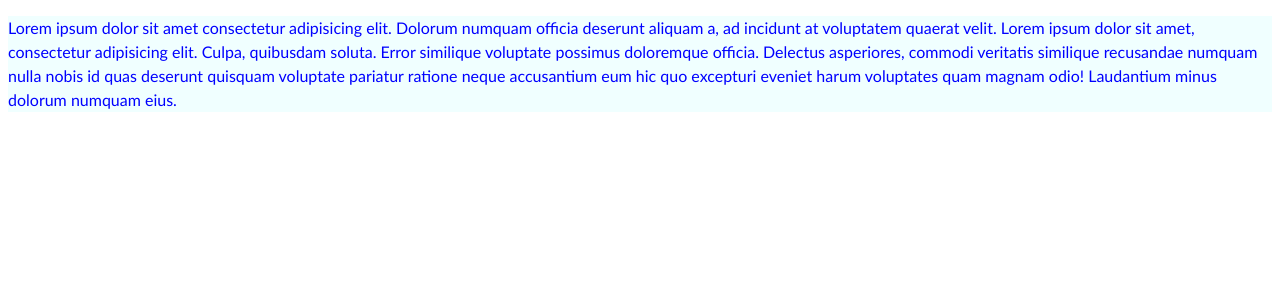
Repository: shazib2023/wtwdt-8
Page: index.html
An editor plug-in stored every save of this project. The page is shown before and after a run of saves, followed by the edit.
The browser window is 1280 px wide. The pictures show the whole page.

Above is the page before, as saved 2023-10-30 15:07:16.

### index.html
<!DOCTYPE html>
<html lang="en">
<head>
    <meta charset="UTF-8">
    <meta name="viewport" content="width=device-width, initial-scale=1.0">
    <title>Document</title>
    <style>
        p{
            color: blue;
        }
    </style>
    <link rel="stylesheet" href="css/style.css">
</head>
<body>
    <p style="background-color: azure;">Lorem ipsum dolor sit amet consectetur adipisicing elit. Dolorum numquam officia deserunt aliquam a, ad incidunt at voluptatem quaerat velit. Lorem ipsum dolor sit amet, consectetur adipisicing elit. Culpa, quibusdam soluta. Error similique voluptate possimus doloremque officia. Delectus asperiores, commodi veritatis similique recusandae numquam nulla nobis id quas deserunt quisquam voluptate pariatur ratione neque accusantium eum hic quo excepturi eveniet harum voluptates quam magnam odio! Laudantium minus dolorum numquam eius.
    </p>

</body>
</html>

### css/style.css
p{
    font-family: 'Trebuchet MS', 'Lucida Sans Unicode', 'Lucida Grande', 'Lucida Sans', Arial, sans-serif;
    line-height: 150%;
}
@font-face {
    font-family: devil;
    src: url(/fonts/SDHauntedHouse_demo.otf);
}

After the next 3 saves:
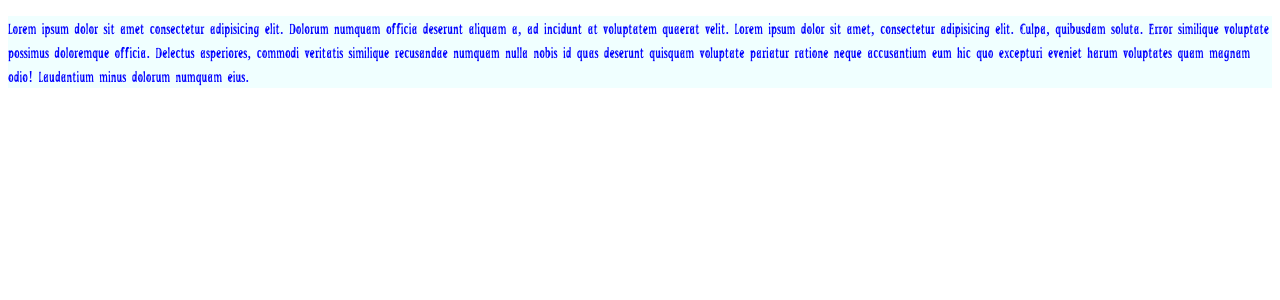
The 3 saves are shown as one change because they came seconds apart.
The last was saved 10 s later.
--- a/css/style.css
+++ b/css/style.css
@@ -1,5 +1,5 @@
 p{
-    font-family: 'Trebuchet MS', 'Lucida Sans Unicode', 'Lucida Grande', 'Lucida Sans', Arial, sans-serif;
+    font-family: devil;
     line-height: 150%;
 }
 @font-face {
